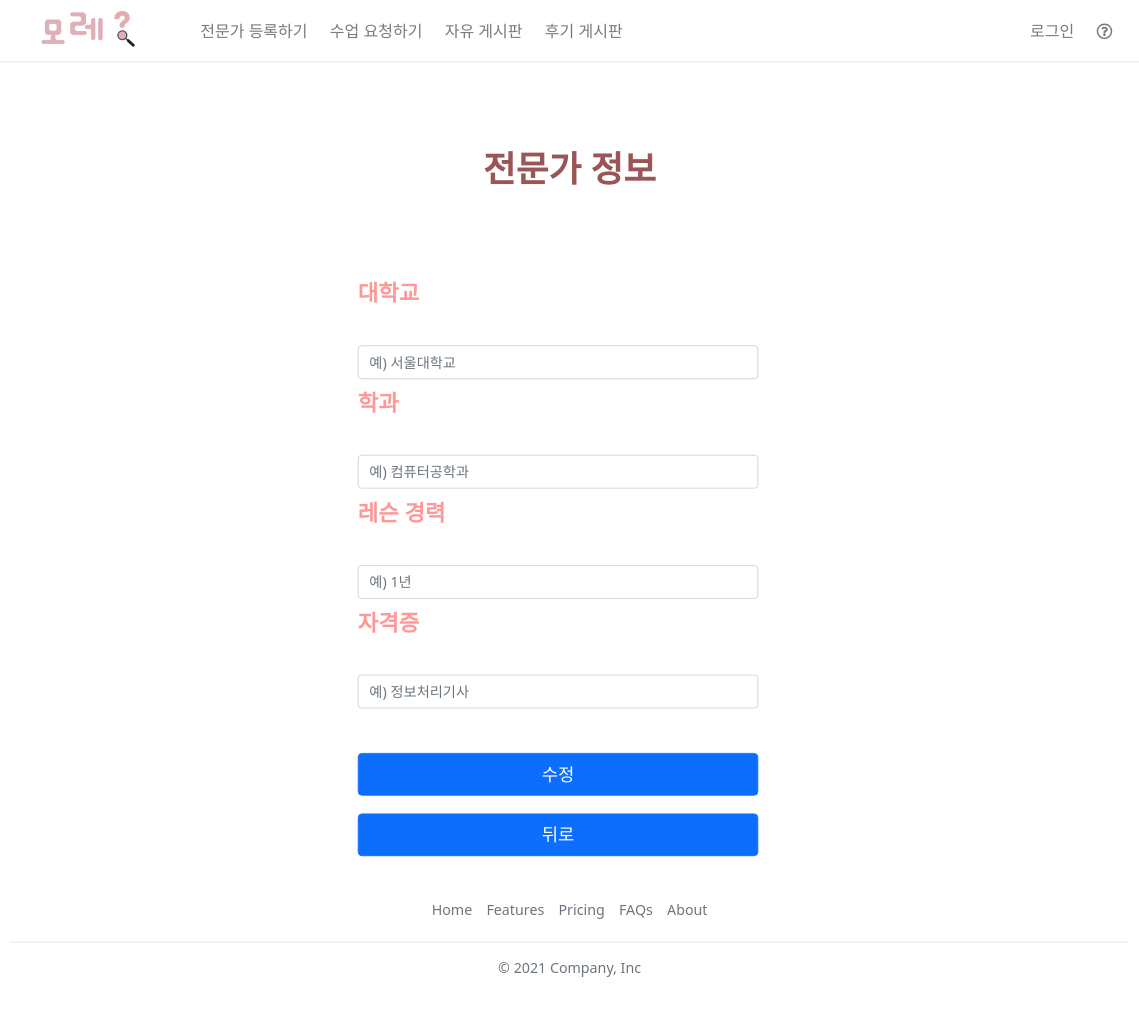
Repository: isssson/MVC2_more
Page: http://localhost/more/WEB-INF/views/expert/expertSpecForm.jsp
These files come from the project's save history. The page is drawn as it stood at one moment and after the next save; the edit follows.
The browser window is 1280 px wide. The pictures show the whole page, at 89% of full size.
Some web libraries are served in a nearby version. The page is served by Tomcat 9. Nobody is signed in. Other server files are loaded and not shown. The template is opened directly, without the code that normally fills it, so the values that code supplies are empty.

Above is the page before, as saved 2021-12-08 03:02:05.

### more/src/main/webapp/WEB-INF/views/expert/expertSpecForm.jsp
<%@ page language="java" contentType="text/html; charset=UTF-8"
    pageEncoding="UTF-8"%>
<!DOCTYPE html>
<html>
<head>
<meta charset="UTF-8">
<title>Insert title here</title>
<link href="resources/css/bootstrap.min.css" rel="stylesheet">
<link href="resources/css/expert/expertUpdate.css" rel="stylesheet">
<style>
   .container {
     width: 500px;
     margin-top: 50px;
   }
   .mb-2 input {
     width: 450px;
   }
   .mb-2 textarea {
     width: 450px;
     height: 150px;
     padding: 10px;
   }
   input{
   	margin-top:40px;
   }
</style>
</head>
<body>
<%@ include file="/WEB-INF/views/header.jsp" %>
<div class="container">
  <div class="col-md-12 order-md-1">
      <h3>전문가 정보</h3>
      <form name="expertSpecForm" action="expertSpec.do?id=${sessionScope.sessionId}" method="post">
        <div class="mb-2">
            <label class="subject">대학교</label>
            <input type="text" class="form-control" name="univ" value="${dto.univ}" placeholder="예) 서울대학교">
            <div id="id_check"></div>
        </div>
        <div class="mb-2">
            <label class="subject">학과</label>
            <input type="text" class="form-control" name="major" value="${dto.major}" placeholder="예) 컴퓨터공학과">
            <div id="pwd_check"></div>
        </div>
        <div class="mb-2">
            <label class="subject">레슨 경력</label>
            <input type="text" class="form-control" name="career" value="${dto.career}" placeholder="예) 1년">
        </div>
        <div class="mb-2">
            <label class="subject">자격증</label>
            <input type="text" class="form-control" name="cer" value="${dto.cer}" placeholder="예) 정보처리기사">
        </div>
        <div style="margin-top: 50px;">
           <button class="btn btn-lg btn-primary" type="submit" style="width: 450px; margin-bottom:20px;" >수정</button>
           <button class="btn btn-lg btn-primary" type="button" style="width: 450px;" onclick="location.href='expertProfile.do?id=${sessionScope.sessionId}'">뒤로</button>
        </div>
     </form>
  </div>
</div>
<%@ include file="/WEB-INF/views/footer.jsp" %>
</body>
</html>

### more/src/main/webapp/WEB-INF/views/header.jsp
<%@ page language="java" contentType="text/html; charset=UTF-8"
    pageEncoding="UTF-8"%>
<%@ taglib prefix="c" uri="http://java.sun.com/jsp/jstl/core" %>
<script src="https://use.fontawesome.com/releases/v5.2.0/js/all.js"></script>
<link href="resources/css/header.css" rel="stylesheet">
<!-- ---------------------비회원  -->
<c:if test="${sessionScope.sessionStatus == null }">
	<header>
    <div id="headerContainer">
        <a href="index.do"><img src="resources/img/more_logo.jpg" alt="logo" style="padding: 10px"></a>
        <div id="menubar">
          <div id="leftMenu">
            <div><a href="regist1.do">전문가 등록하기</a></div>
            <div><a href="lessonList.do">수업 요청하기</a></div>
            <div><a href="bbsList.do">자유 게시판</a></div>
            <div><a href="reviewList.do">후기 게시판</a></div>
          </div>
          <div id="rightMenu">
               <div><a href="login.do">로그인</a></div>
               <div><a href="#"><i class="far fa-question-circle"></i></a></div>
          </div>
        </div>
      </div>
	</header>
</c:if>
<!----------------------기본(의뢰인) 로그인중-->
<c:if test="${sessionScope.sessionStatus == 1 }">
	<header>
     <div id="headerContainer">
        <a href="index.do"><img src="resources/img/more_logo.jpg" alt="logo" style="padding: 10px"></a>
        <div id="menubar">
          <div id="leftMenu">
            <div id="client" onmouseover="show()" onmouseout="hide()">
               <a href="#">레슨</a>
              </div>
            <div id="joinExpert">
               <a href="regist1.do">전문가 등록하기</a>
             </div>
            <div><a href="bbsList.do">자유 게시판</a></div>
            <div><a href="reviewList.do">후기 게시판</a></div>
          </div>
          <div id="rightMenu">
            <div>${sessionScope.sessionName }님</div>
            <div><a href=""><i class="far fa-bell fa-1x"></i></a></div>
            <div><a href="setting.do"><i class="far fa-user fa-1x"></i></a></div>
            <div><a href="#"><i class="far fa-question-circle"></i></a></div>
          </div>
        </div>
      </div>
      <div id="hiddenHeaderContainer" onmouseover="show()" onmouseout="hide()">
        <div class="hiddenItem">
          <div class="Item"><a href="suggestList.do">레슨 목록</a></div>
          <div class="Item"><a href="lessonList.do">레슨 요청하기</a></div>
          <div class="Item"><a href="sentRequest.do?id=${sessionScope.sessionId}">보낸 요청</a></div>
          <div class="Item"><a href="#">받은 제안</a></div>
        </div>
      </div>
	</header>
</c:if>
<!-- -----------------------전문가 로그인중 -->
<c:if test="${sessionScope.sessionStatus == 2 }">
	<header>
     <div id="headerContainer">
       <a href="index.do"><img src="resources/img/more_logo.jpg" alt="logo" style="padding: 10px"></a>
       <div id="menubar">
         <div id="leftMenu">
           <div id="client" onmouseover="show()" onmouseout="hide()">
              <a href="#">레슨</a>
             </div>
           <div><a href="bbsList.do">자유 게시판</a></div>
           <div><a href="reviewList.do">후기 게시판</a></div>
         </div>
         <div id="rightMenu">
           <div id="client" onmouseover="show()" onmouseout="hide()">
               <div><a href="">10000 <i class="fas fa-coins fa-1x"></i></a></div>
             </div>
           <div>${sessionScope.sessionName }님</div>
              <div><a href=""><i class="far fa-bell fa-1x"></i></a></div>
           <div><a href="setting.do"><i class="far fa-user fa-1x"></i></a></div>
           <div><a href="#"><i class="far fa-question-circle"></i></a></div>
         </div>
       </div>
     </div>
     <div id="hiddenHeaderContainer" onmouseover="show()" onmouseout="hide()">
       <div class="hiddenItem">
       	 <div class="Item"><a href="requestList.do">레슨 목록</a></div>
       	 <div class="Item"><a href="suggest.do">레슨 제안하기</a></div>
         <div class="Item"><a href="#">보낸 제안</a></div>
		 <div class="Item"><a href="#">레슨 내역</a></div>
       </div>
     </div>
	</header>
</c:if>
   <script>
       function show(){
         document.getElementById('hiddenHeaderContainer').style.display='block';
       }
       function hide(){
         document.getElementById('hiddenHeaderContainer').style.display='none';
       }
  </script>

### more/src/main/webapp/WEB-INF/views/footer.jsp
<%@ page language="java" contentType="text/html; charset=UTF-8"
    pageEncoding="UTF-8"%>
<link href="resources/css/footer.css" rel="stylesheet">
<div class="container-fluid">
  <footer class="py-3 my-4">
    <ul class="nav justify-content-center border-bottom pb-3 mb-3">
      <li class="nav-item"><a href="#" class="nav-link px-2 text-muted">Home</a></li>
      <li class="nav-item"><a href="#" class="nav-link px-2 text-muted">Features</a></li>
      <li class="nav-item"><a href="#" class="nav-link px-2 text-muted">Pricing</a></li>
      <li class="nav-item"><a href="#" class="nav-link px-2 text-muted">FAQs</a></li>
      <li class="nav-item"><a href="#" class="nav-link px-2 text-muted">About</a></li>
    </ul>
    <p class="text-center text-muted">&copy; 2021 Company, Inc</p>
  </footer>
</div>

<div class="b-example-divider"></div>

### more/src/main/webapp/resources/css/expert/expertUpdate.css
@charset "UTF-8";

h3 {
    height: 80px;
    line-height: 80px;
    font-size: 40px;
    font-weight: bold;
    text-align: center;
    margin: 80px auto;
    color: #9a5656;
}

.updateBt{
   width:450px;
   height:200px;
   text-align:center;
   margin:0 auto;
   display:flex;
   flex-direction:column;
   justify-content: center;
}

.subject{
	font-size:25px;
	color:#ff9797;
	text-align: center;
	font-weight: bold;
}

.content{
	text-align:center;
     margin-top: 50px;
}
select{
	font-size:26px;
}

### more/src/main/webapp/resources/css/header.css
@charset "UTF-8";
a{
    text-decoration:none;
    color:rgb(26, 25, 25);
}
a:hover{
    color:rgb(26, 25, 25);
}
svg{
    color: #7e7878;
}
svg:hover{
    color: #424040;
    cursor: pointer;
}
#headerContainer{
    width:100%;
    height:70px;
    margin: 0 auto;
    display: flex;
    flex-direction: row;
    border-bottom:1px solid #dee2e6;
}
#headerContainer img{
    width: 200px;
    height: 65px;
    object-fit: cover;
}
#headerContainer #menubar{
    width:100%;
    height: 70px;
    display: flex;
    flex-direction: row;
    justify-content: space-between;
}
#headerContainer #menubar div a{
    font-size: 18px;
    color: #7e7878;
}
#headerContainer #menubar a:hover{
    color: #424040;
    font-weight: bold;
}
#menubar #leftMenu{
    display: flex;
}
#menubar #rightMenu{
    display: flex;
    margin-right: 30px;
}
#menubar #leftMenu div, #menubar #rightMenu div{
    font-size: 18px;
    line-height: 70px;
    margin-left: 25px;
}
#hiddenHeaderContainer{
    position: absolute;
    display: none;
    z-index: 1;
    width:100%;
    height:70px;
    left:50%;
    border-top:1px solid rgb(187, 183, 183);
    border-bottom:1px solid rgb(187, 183, 183);
    transform: translate(-50%);
    background-color: white;
}
#hiddenHeaderContainer .hiddenItem{

    width:100%;
    height:70px;
    margin-left: 170px;
    display: flex;
}
#hiddenHeaderContainer .hiddenItem .Item a{
    font-size: 18px;
    line-height: 70px;
    margin-left: 50px;
    color: #7e7878;
}
#hiddenHeaderContainer .hiddenItem .Item a:hover{
    color: #424040;
    font-weight: bold;
}

### more/src/main/webapp/resources/css/footer.css
@charset "UTF-8";
li {
	border-top: none;
}

Loaded but not shown: more/src/main/webapp/resources/css/bootstrap.min.css (library)

After the next save:
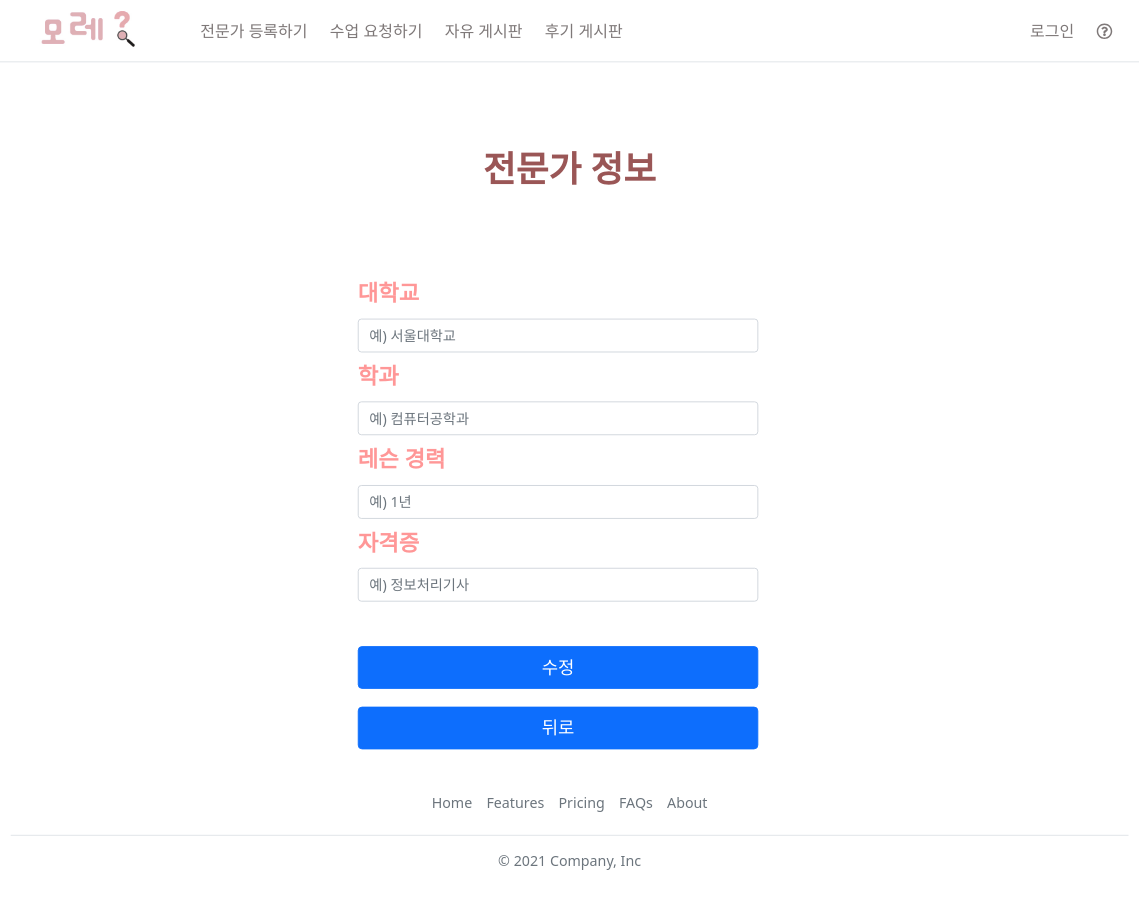
Saved 11 s later.
--- a/more/src/main/webapp/WEB-INF/views/expert/expertSpecForm.jsp
+++ b/more/src/main/webapp/WEB-INF/views/expert/expertSpecForm.jsp
@@ -21,7 +21,7 @@
      padding: 10px;
    }
    input{
-   	margin-top:40px;
+   	margin-top:10px;
    }
 </style>
 </head>
